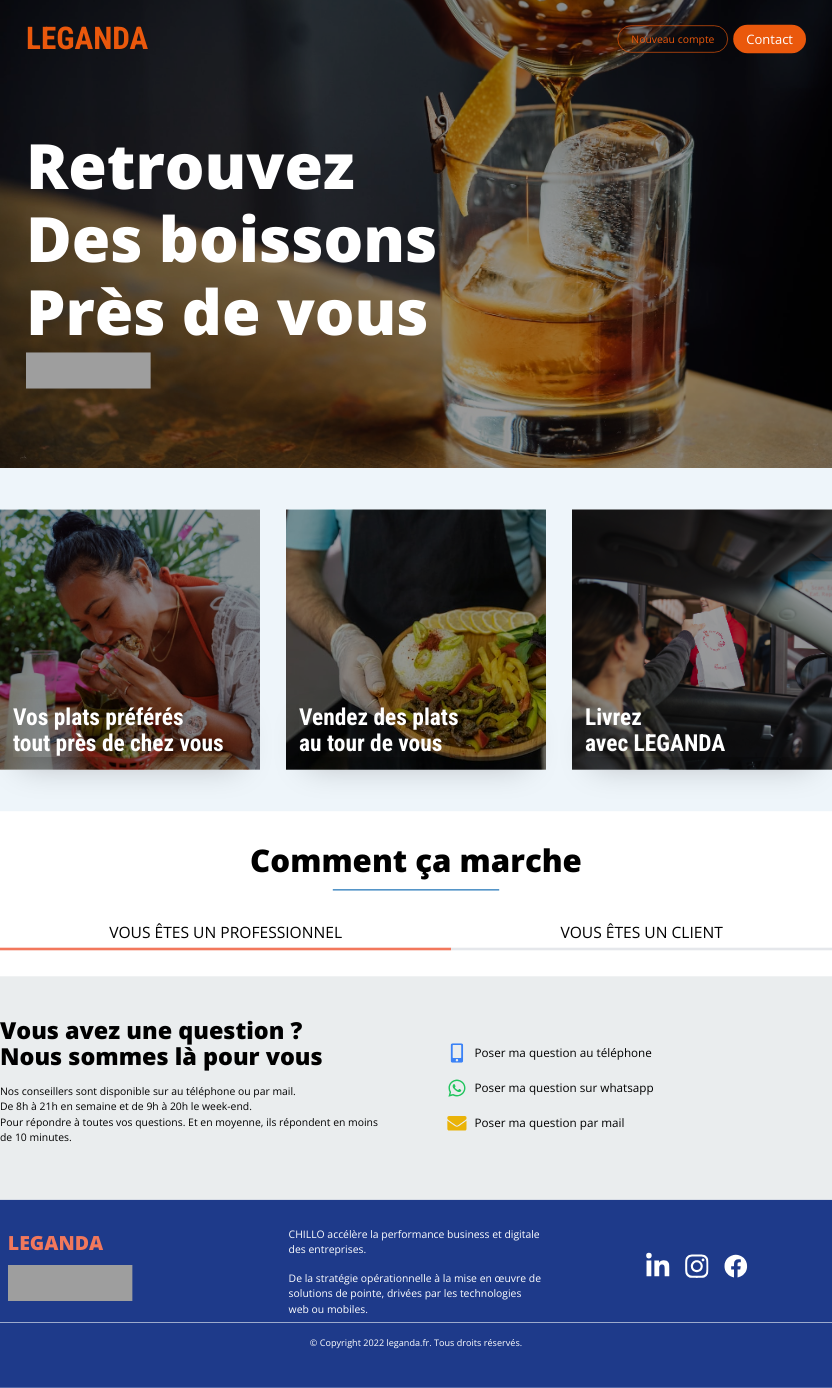
Repository: chillo-tech/website-leganda
Page: /
The author's editor kept a copy of each file at every save. The page is drawn from the files as they stood at one save, then again after the next save.
The browser window is 1280 px wide. The pictures show the whole page, at 65% of full size.
Pictures or frames that could not be fetched are drawn as grey boxes. The project was rebuilt for these pictures with package versions that can differ from the ones it lists, and the page was loaded fresh each time. Some packages were replaced by stand-ins written for this rebuild. The framework's server and built-in components were replaced by stand-ins that run in the browser. Also part of the build but not shown: next.config.js, components/header/items/SearchBar.tsx.

Above is the page before, as saved 2023-02-09 11:49:00.

After the next save:
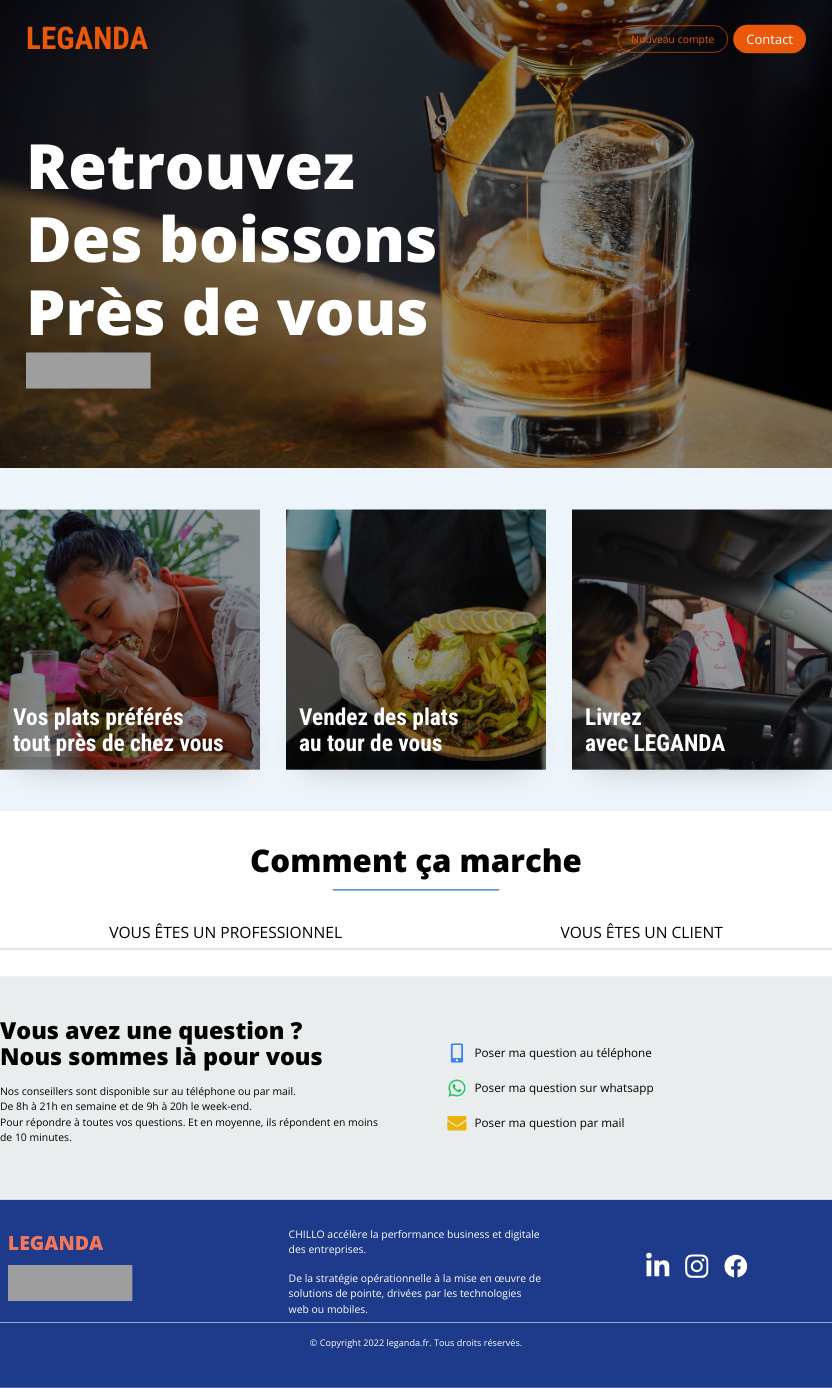
Saved 2 h 19 min later.
--- a/components/tabs/index.tsx
+++ b/components/tabs/index.tsx
@@ -12,7 +12,7 @@
       <SectionTitle text='Comment ça marche' />
       <ul className='flex justtify-center items-center'>
         {items.map((item: any, index: number) => (
-          <li key={`tab-${index}`} className={classNames('grow border-b-4',{ 'bg-white border-app-orange': activeTab === `tab-${index}` })}>
+          <li key={`tab-${index}`} className={classNames('grow border-b-4',{ 'bg-white border-app-whithe': activeTab === `tab-${index}` })}>
             <button id={`tab-${index}`} type='button' className='uppercase w-full py-2 text-2xl' onClick={handleClick}>{item.label}</button>
           </li>
         ))}
